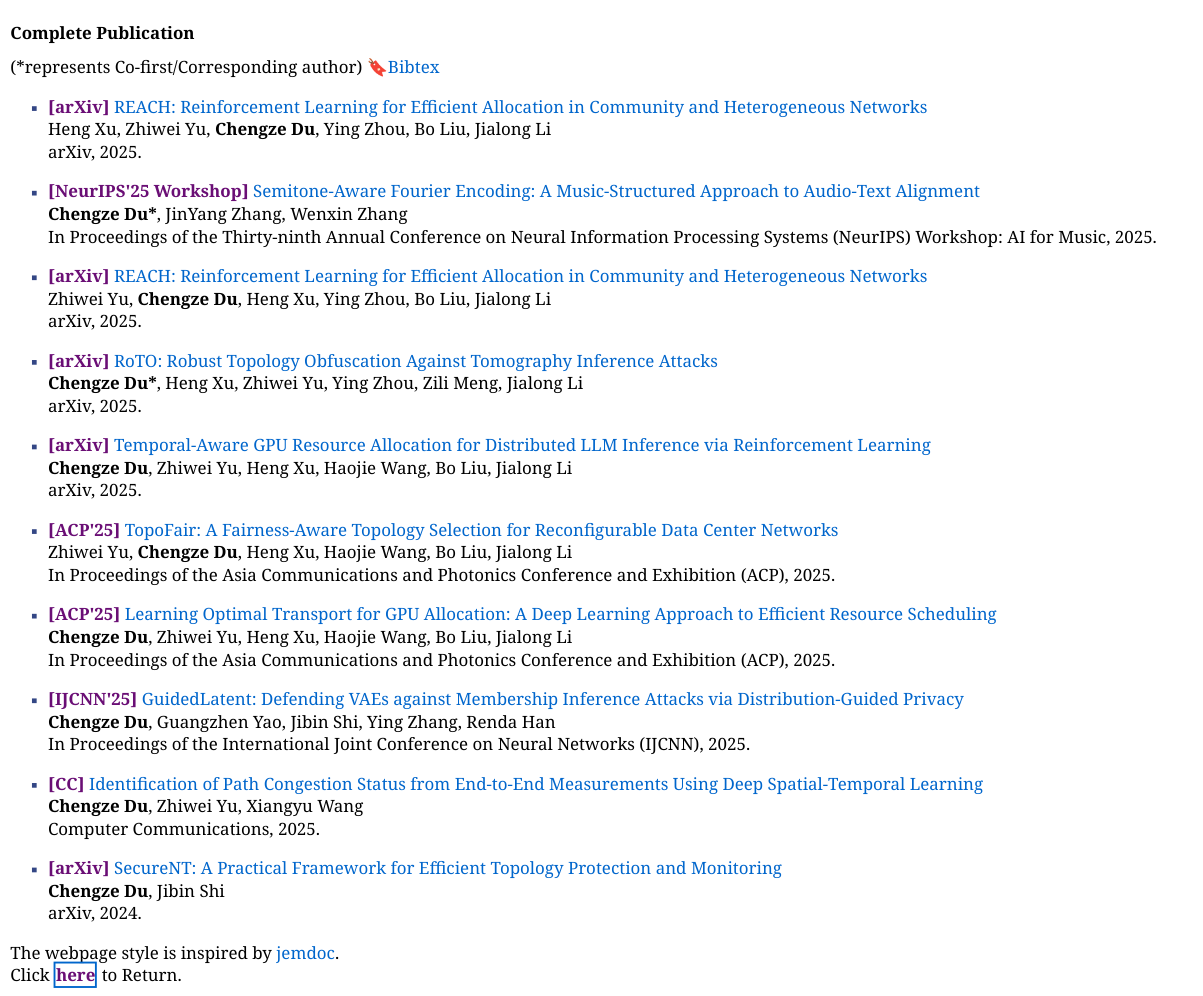
Repository: Monickar/Monickar.github.io
Page: FullPaperList.html
The author's editor kept a copy of each file at every save. The page is drawn from the files as they stood at one save, then again after a run of saves.
The browser window is 1280 px wide. The pictures show the whole page, at 94% of full size.

Above is the page before, as saved 2025-10-24 12:51:16.

After the next 2 saves:
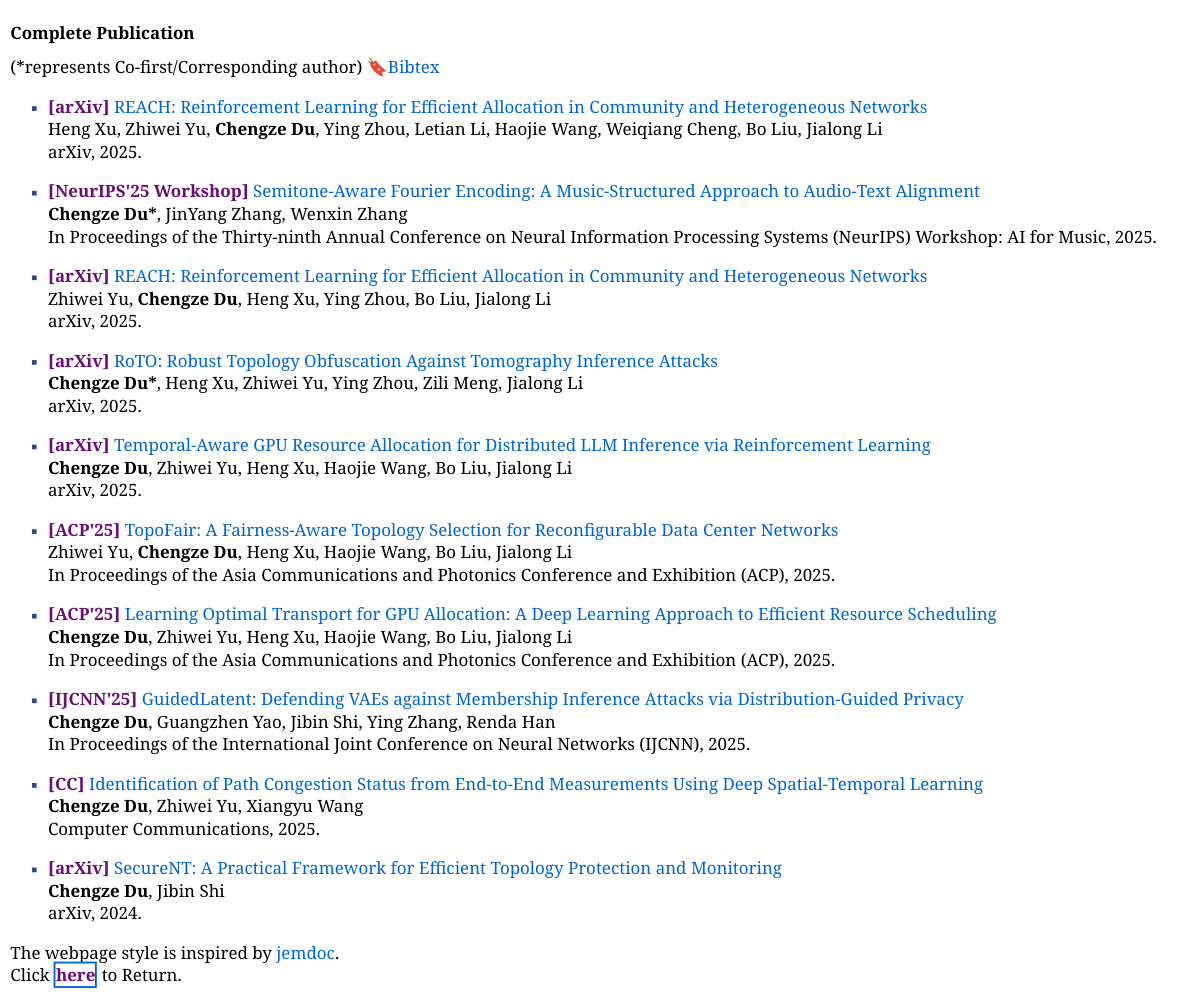
The 2 saves are shown as one change because they came seconds apart.
The last was saved 22 s later.
--- a/FullPaperList.html
+++ b/FullPaperList.html
@@ -65,7 +65,7 @@
 <ul>
 
 <li><p><span>[arXiv] </span><a href="https://arxiv.org/abs/2508.12857">REACH: Reinforcement Learning for Efficient Allocation in Community and Heterogeneous Networks</a><br>
-Heng Xu, Zhiwei Yu, <strong>Chengze Du</strong>, Ying Zhou, Bo Liu, Jialong Li<br>
+Heng Xu, Zhiwei Yu, <strong>Chengze Du</strong>, Ying Zhou, Letian Li, Haojie Wang, Weiqiang Cheng, Bo Liu, Jialong Li<br>
 arXiv, 2025.</p></li>
 
 
